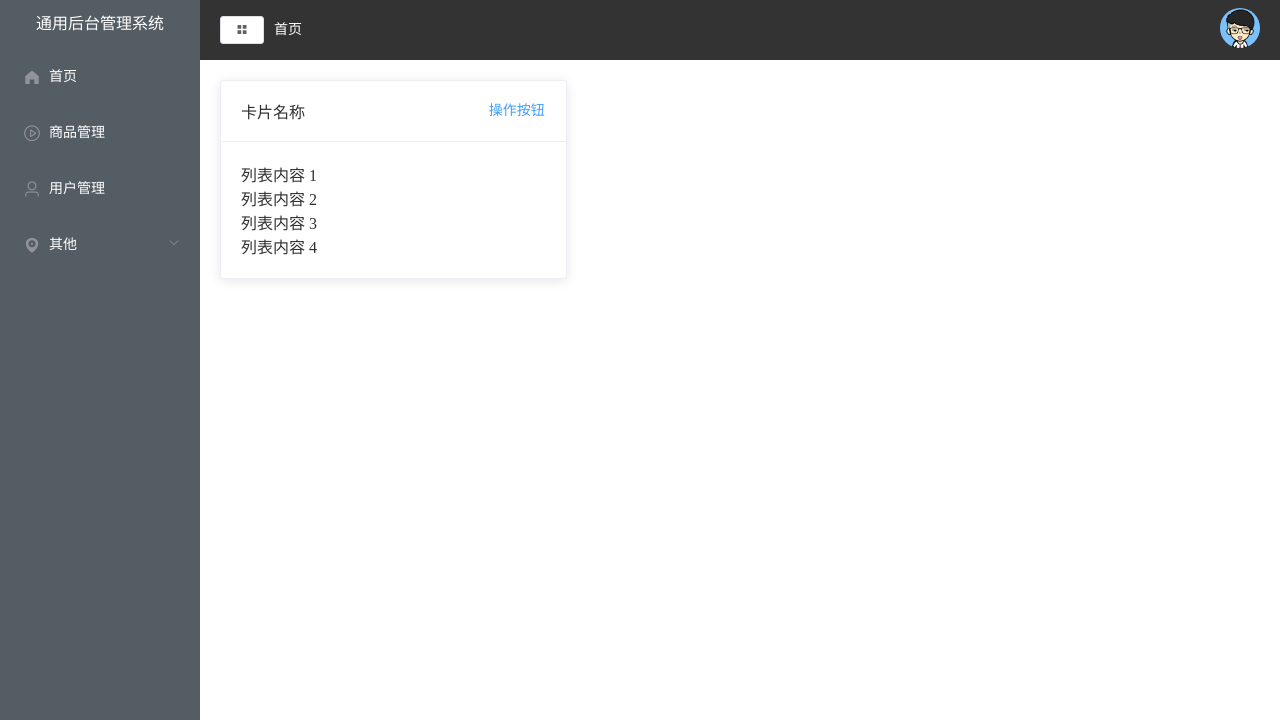
Repository: Francis200214/my-app
Page: /
An editor plug-in stored every save of this project. The page is shown before and after the next save, followed by the edit.
The browser window is 1280 px wide. The pictures show the whole page.
The project was rebuilt for these pictures with package versions that can differ from the ones it lists, and the page was loaded fresh each time. Also part of the build but not shown: vue.config.js, src/views/User.vue, src/views/Mall.vue, src/views/other/PageOne.vue, src/views/other/PageTwo.vue.

Above is the page before, as saved 2023-05-21 15:28:05.

After the next save:
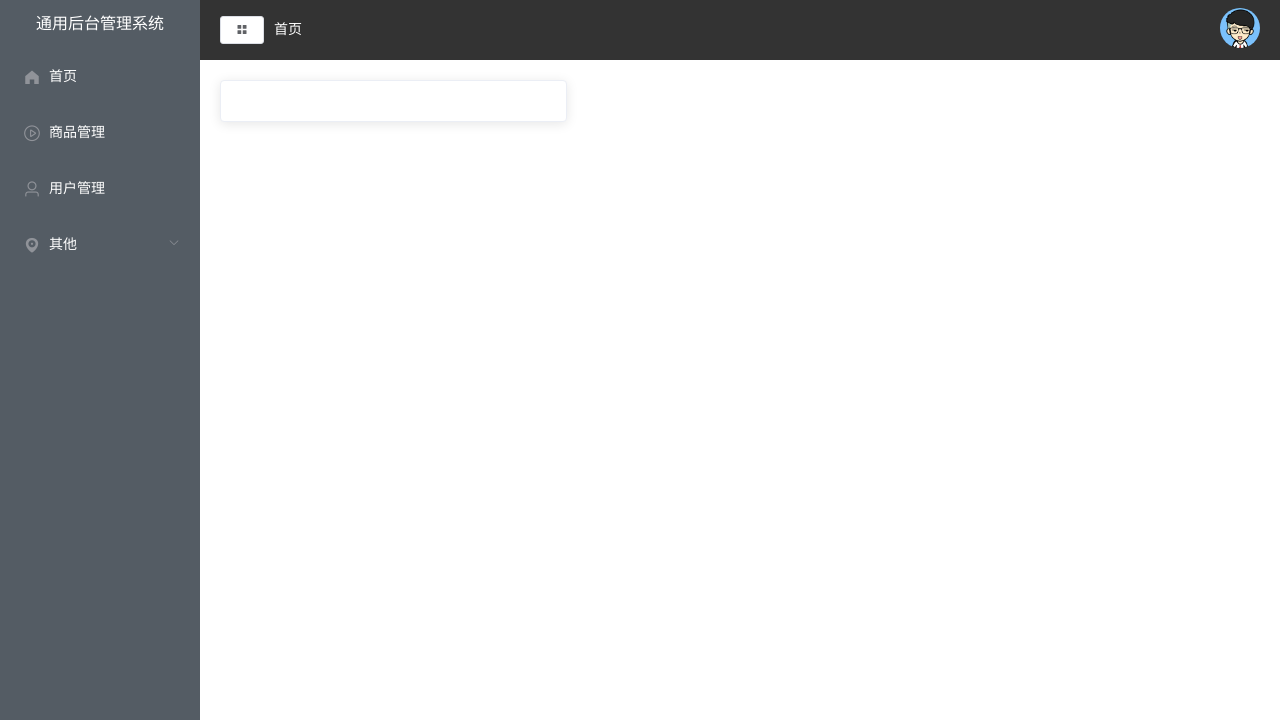
Saved 20 s later.
--- a/src/views/Home.vue
+++ b/src/views/Home.vue
@@ -2,13 +2,7 @@
     <el-row>
         <el-col :span="8">
             <el-card class="box-card">
-                <div slot="header" class="clearfix">
-                    <span>卡片名称</span>
-                    <el-button style="float: right; padding: 3px 0" type="text">操作按钮</el-button>
-                </div>
-                <div v-for="o in 4" :key="o" class="text item">
-                    {{ '列表内容 ' + o }}
-                </div>
+
             </el-card>
         </el-col>
         <el-col :span="16">
